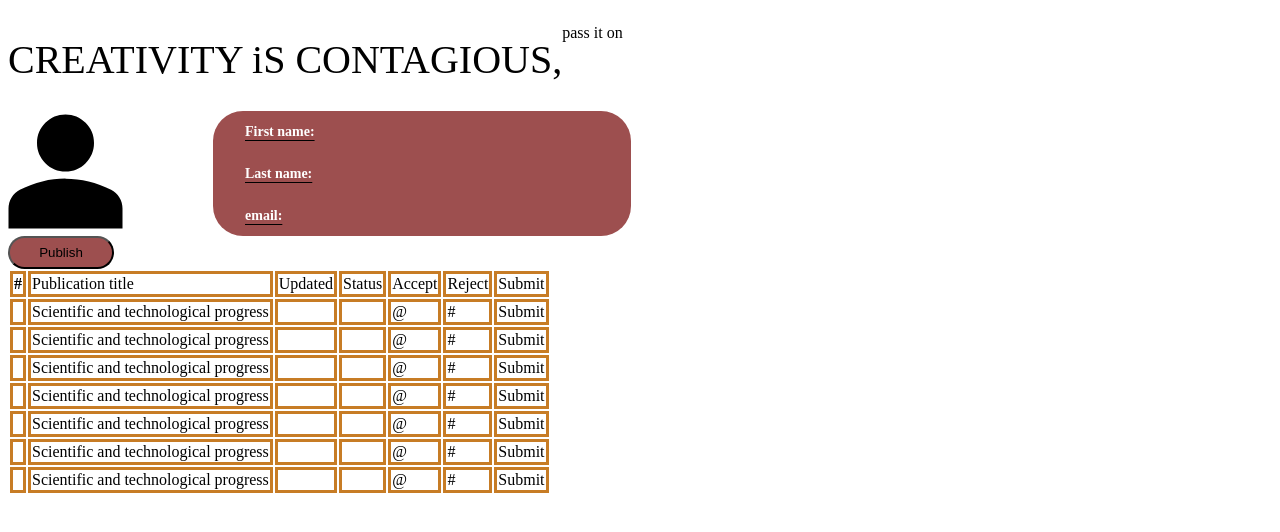
Repository: ceo-of-albeni/articles
Page: /
These files come from the project's save history. The page is drawn as it stood at one moment and after the next save; the edit follows.
The browser window is 1280 px wide. The pictures show the whole page.
The project was rebuilt for these pictures with package versions that can differ from the ones it lists, and the page was loaded fresh each time.

Above is the page before, as saved 2023-05-10 23:42:51.

After the next save:
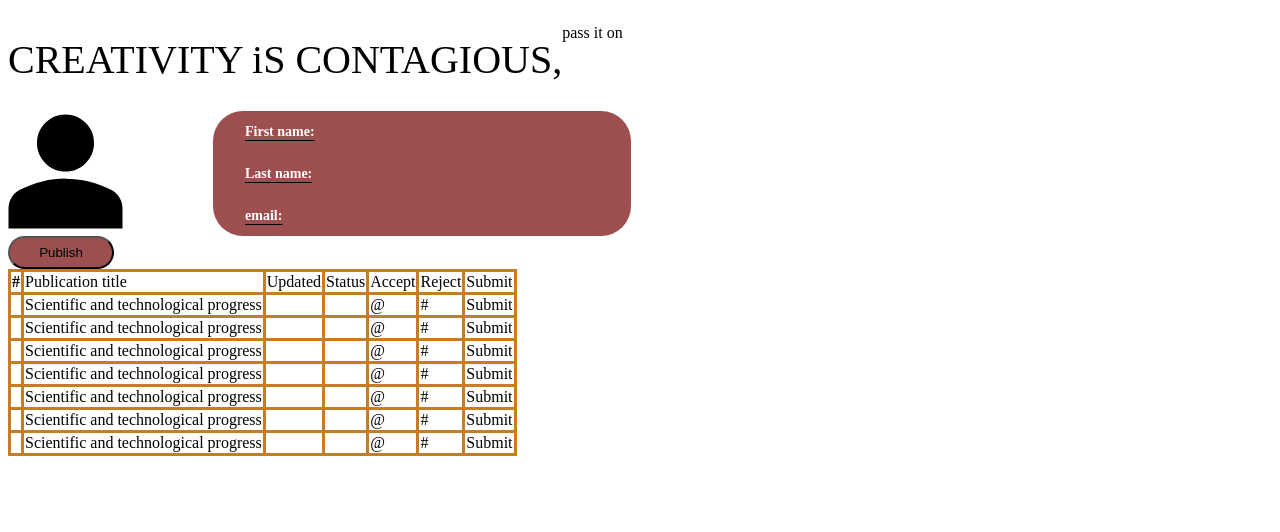
Saved 19 s later.
--- a/src/reviewer's profil/reviewer.css
+++ b/src/reviewer's profil/reviewer.css
@@ -59,6 +59,9 @@
   background: #9D4F4F;
   border-radius: 36.5px;
 }
+.reviewer_section .table table {
+  border-collapse: collapse;
+}
 .reviewer_section .table table td, .reviewer_section .table table th {
   border: 3px solid #C77C25;
-}/*# sourceMappingURL=reviewer_20230510234251.css.map */
+}/*# sourceMappingURL=reviewer_20230510234310.css.map */
